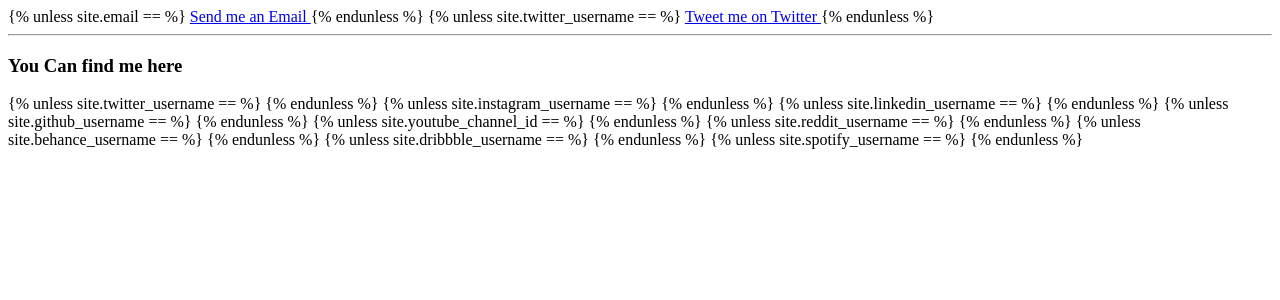
Repository: suprimregmi/suprimregmi.github.io
Page: _includes/contact.html
These files come from the project's save history. The page is drawn as it stood at one moment and after the next save; the edit follows.
The browser window is 1280 px wide. The pictures show the whole page.

Above is the page before, as saved 2023-11-29 14:45:57.

After the next save:
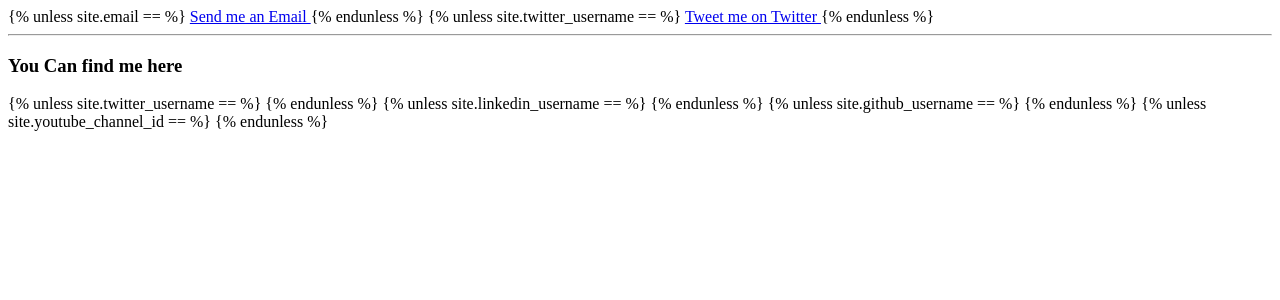
Saved 25 s later.
--- a/_includes/contact.html
+++ b/_includes/contact.html
@@ -33,9 +33,9 @@
                 {% unless site.twitter_username == %}
                 <a href="https://twitter.com/intent/user?screen_name={{site.twitter_username}}" target="_blank" class="has-text-black"><i class="fab fa-twitter"></i></a>
                 {% endunless %}
-                {% unless site.instagram_username ==  %}
+                <!-- {% unless site.instagram_username ==  %}
                 <a href="http://www.instagram.com/{{site.instagram_username}}" target="_blank" class="has-text-black"><i class="fab fa-instagram"></i></a>
-                {% endunless %}
+                {% endunless %} -->
                 {% unless site.linkedin_username ==  %}
                 <a href="http://www.linkedin.com/in/{{site.linkedin_username}}" target="_blank" class="has-text-black"><i class="fab fa-linkedin"></i></a>
                 {% endunless %}
@@ -45,18 +45,18 @@
                 {% unless site.youtube_channel_id ==  %}
                 <a href="http://www.youtube.com/channel/{{site.youtube_channel_id}}" target="_blank" class="has-text-black"><i class="fab fa-youtube"></i></a>
                 {% endunless %}
-                {% unless site.reddit_username ==  %}
+                <!-- {% unless site.reddit_username ==  %}
                 <a href="http://www.reddit.com/u/{{site.reddit_username}}" target="_blank" class="has-text-black"><i class="fab fa-reddit"></i></a>
-                {% endunless %}
-                {% unless site.behance_username ==  %}
+                {% endunless %} -->
+                <!-- {% unless site.behance_username ==  %}
                 <a href="http://www.behance.com/{{site.behance_username}}" target="_blank" class="has-text-black"><i class="fab fa-behance"></i></a>
-                {% endunless %}
-                {% unless site.dribbble_username ==  %}
+                {% endunless %} -->
+                <!-- {% unless site.dribbble_username ==  %}
                 <a href="http://www.dribbble.com/{{site.dribbble_username}}" target="_blank" class="has-text-black"><i class="fab fa-dribbble"></i></a>
                 {% endunless %}
                 {% unless site.spotify_username ==  %}
                 <a href="http://open.spotify.com/user/{{site.spotify_username}}" target="_blank" class="has-text-black"><i class="fab fa-spotify"></i></a>
-                {% endunless %}
+                {% endunless %} -->
             </div>
         </div>
     </div>
